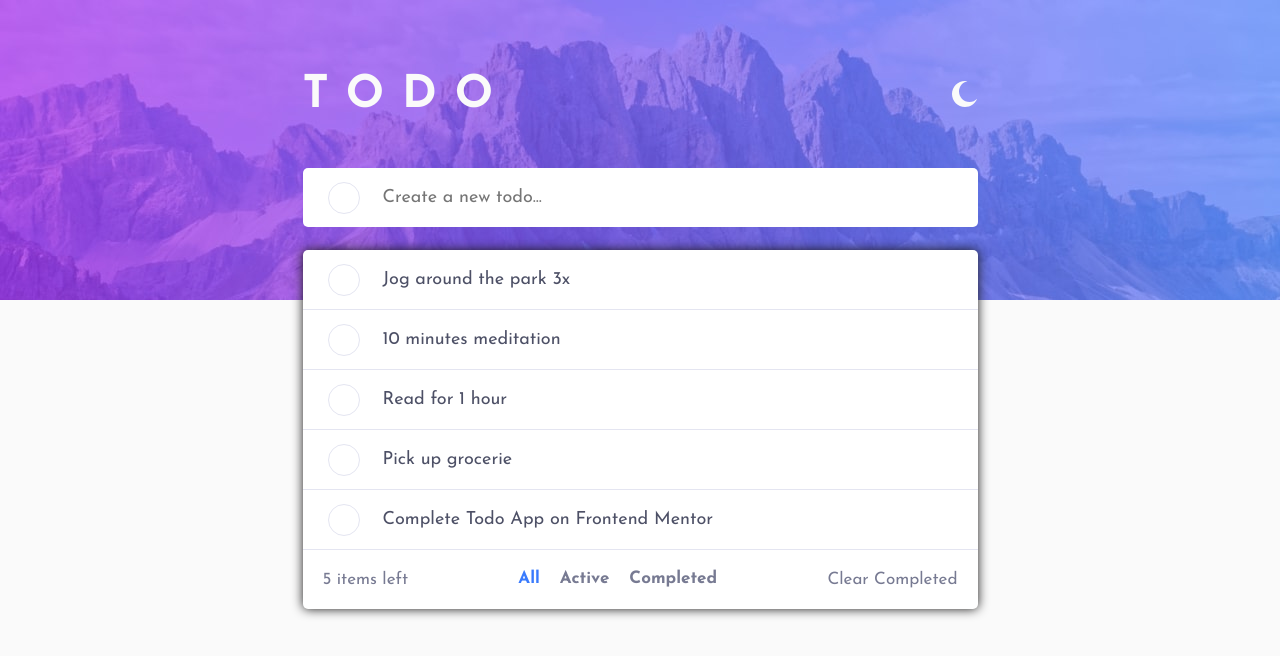
Repository: tomas938/todo-app
Page: /
These files come from the project's save history. The page is drawn as it stood at one moment and after the next save; the edit follows.
The browser window is 1280 px wide. The pictures show the whole page.
The project was rebuilt for these pictures with package versions that can differ from the ones it lists, and the page was loaded fresh each time.

Above is the page before, as saved 2021-08-18 13:44:48.

### src/main.js
import { createApp } from "vue";
import App from "./App.vue";
import router from "./router";

createApp(App)
	.use(router)
	.mount("#app");

### src/App.vue
<template>
	<router-view />
</template>

<style lang="scss">
@import "/src/scss/_variables";
:root {
	.dark {
		--bg-image: url(./assets/bg-desktop-dark.jpg);
		--items-bg-color: hsl(235, 24%, 19%);
		--body-bg: hsl(235, 21%, 11%);
		--todo-text: hsl(236, 33%, 92%);
		--todo-border: hsl(237, 14%, 26%);
	}
	.light {
		--bg-image: url(./assets/bg-desktop-light.jpg);
		--items-bg-color: hsl(0, 0%, 100%);
		--body-bg: hsl(0, 0%, 98%);
		--todo-text: hsl(233, 14%, 35%);
		--todo-border: hsl(236, 33%, 92%);
	}
}
* {
	margin: 0;
	padding: 0;
	box-sizing: border-box;
}
html {
	font-size: 62.5%;
}
body {
	font-size: 1.8rem;
	font-family: $font-primary;
	background-color: var(--body-bg);
}

li {
	list-style: none;
}
</style>

### src/router/index.js
import { createRouter, createWebHashHistory } from "vue-router";
import Home from "../views/Home.vue";

const routes = [
	{
		path: "/",
		name: "Home",
		component: Home,
	},
];

const router = createRouter({
	history: createWebHashHistory(),
	routes,
});

export default router;

### src/scss/_variables.scss
// LINK COLLORS-PRIMARY //

$primary: hsl(220, 98%, 61%);
$primary-bg: linear-gradient hsl(192, 100%, 67%) to hsl(280, 87%, 65%);

// LINK LIGHT THEME //

$light-gray: hsl(0, 0%, 98%);
$very-light-grayish-blue: hsl(236, 33%, 92%);
$light-grayish-blue: hsl(233, 11%, 84%);
$dark-grayish-blue: hsl(236, 9%, 61%);
$very-dark-grayish-blue: hsl(235, 19%, 35%);

// LINK DARK THEME //

$very-dark-blue: hsl(235, 21%, 11%);
$dark-desaturated-blue: hsl(235, 24%, 19%);
$light-grayish-blue--dark: hsl(234, 39%, 85%);
$light-grayish-blue--dark-hover: hsl(236, 33%, 92%);
$dark-grayish-blue--dark: hsl(234, 11%, 52%);
$very-dark-grayish-blue--dark: hsl(233, 14%, 35%);
$very-dark-grayish-blue--dark-2: hsl(237, 14%, 26%);

// LINK FONT //

@import url("https://fonts.googleapis.com/css2?family=Josefin+Sans:wght@400;700&display=swap");
$font-primary: "Josefin Sans", sans-serif;
$light: 400;
$bold: 700;

### src/views/Home.vue
<template>
	<Header />
	<Todos />
</template>

<script>
import Header from "../components/Header";
import Todos from "../components/Todos.vue";
export default {
	components: {
		Header,
		Todos,
	},
};
</script>
<style lang="scss"></style>

### src/components/Header.vue
<template>
	<header>
		<nav class="nav container">
			<div class="nav__title">
				<h1>todo</h1>
			</div>
			<svg
				v-if="ligth"
				@click="changeTheme"
				class="nav__theme"
				xmlns="http://www.w3.org/2000/svg"
				width="26"
				height="26"
			>
				<path
					fill="#fafafa"
					fill-rule="evenodd"
					d="M13 0c.81 0 1.603.074 2.373.216C10.593 1.199 7 5.43 7 10.5 7 16.299 11.701 21 17.5 21c2.996 0 5.7-1.255 7.613-3.268C23.22 22.572 18.51 26 13 26 5.82 26 0 20.18 0 13S5.82 0 13 0z"
				/>
			</svg>
			<svg
				v-else
				@click="changeTheme"
				xmlns="http://www.w3.org/2000/svg"
				width="26"
				height="26"
			>
				<path
					fill="#fafafa"
					fill-rule="evenodd"
					d="M13 21a1 1 0 011 1v3a1 1 0 11-2 0v-3a1 1 0 011-1zm-5.657-2.343a1 1 0 010 1.414l-2.121 2.121a1 1 0 01-1.414-1.414l2.12-2.121a1 1 0 011.415 0zm12.728 0l2.121 2.121a1 1 0 01-1.414 1.414l-2.121-2.12a1 1 0 011.414-1.415zM13 8a5 5 0 110 10 5 5 0 010-10zm12 4a1 1 0 110 2h-3a1 1 0 110-2h3zM4 12a1 1 0 110 2H1a1 1 0 110-2h3zm18.192-8.192a1 1 0 010 1.414l-2.12 2.121a1 1 0 01-1.415-1.414l2.121-2.121a1 1 0 011.414 0zm-16.97 0l2.121 2.12A1 1 0 015.93 7.344L3.808 5.222a1 1 0 011.414-1.414zM13 0a1 1 0 011 1v3a1 1 0 11-2 0V1a1 1 0 011-1z"
				/>
			</svg>
		</nav>
		<div class="new-todo">
			<input type="text" placeholder="Create a new todo..." />
		</div>
	</header>
</template>

<script>
export default {
	data() {
		return {
			ligth: true,
			body: document.body,
		};
	},
	methods: {
		changeTheme() {
			this.ligth = !this.ligth;
			if (!this.ligth) {
				this.body.classList.remove("light");
				this.body.classList.add("dark");
			} else {
				this.body.classList.remove("dark");
				this.body.classList.add("light");
			}
		},
	},
	mounted() {
		this.body.classList.add("light");
	},
};
</script>

<style lang="scss" scoped>
@import "/src/scss/_variables";

header {
	height: 30rem;
	display: flex;
	flex-direction: column;
	align-items: center;
	justify-content: center;
	gap: 5rem;
	padding: 3rem;
	background-image: var(--bg-image);
	background-repeat: no-repeat;
	background-size: cover;
}
.nav {
	max-width: 67.5rem;
	width: 100%;
	display: flex;
	justify-content: space-between;
	align-items: baseline;
	&__title h1 {
		font-size: 4.5rem;
		letter-spacing: 1.8rem;
		text-transform: uppercase;
	}

	svg {
		cursor: pointer;
	}
}
.new-todo {
	max-width: 67.5rem;
	width: 100%;
	position: relative;
	&::before {
		content: "";
		position: absolute;
		top: 50%;
		transform: translateY(-50%);
		left: 2.5rem;
		width: 3rem;
		height: 3rem;
		border-radius: 50%;
		border: 1px solid var(--todo-border);
	}
}
input {
	background-color: var(--items-bg-color);
	width: 100%;
	outline: none;
	border: none;
	padding: 2rem;
	padding-left: 8rem;
	border-radius: 0.5rem;
	font-size: 1.8rem;
	font-family: $font-primary;
	font-weight: $light;
}
h1 {
	color: $light-gray;
}
</style>

### src/components/Todos.vue
<template>
	<main>
		<ul class="todos">
			<li v-for="(todo, index) in todos" :key="index" class="todo-item">
				<span>{{ todo }}</span>
			</li>
			<div class="filters">
				<div class="items-left">
					<span>{{ todos.length }} items left</span>
				</div>
				<div class="filter">
					<span>All</span>
					<span>Active</span>
					<span>Completed</span>
				</div>
				<div class="clear">
					<span>Clear Completed</span>
				</div>
			</div>
		</ul>
	</main>
</template>

<script>
export default {
	data() {
		return {
			todos: [
				"Jog around the park 3x",
				"10 minutes meditation",
				"Read for 1 hour",
				"Pick up grocerie",
				"Complete Todo App on Frontend Mentor",
			],
		};
	},
};
</script>

<style lang="scss" scoped>
@import "/src/scss/_variables";

main {
	padding: 0 3rem;
	display: flex;
	justify-content: center;
	transform: translateY(-5rem);
}
.todos {
	max-width: 67.5rem;
	width: 100%;
	border-radius: 0.5rem;
	background-color: var(--items-bg-color);
	box-shadow: 0px 0px 11px 0px #1a1919;
}
.todo-item {
	position: relative;
	width: 100%;
	padding: 2rem;
	padding-left: 8rem;
	font-family: $font-primary;
	font-weight: $light;
	color: var(--todo-text);
	border-bottom: 1px solid var(--todo-border);

	// FIXME maybe group styling //
	&::before {
		cursor: pointer;
		content: "";
		position: absolute;
		top: 50%;
		transform: translateY(-50%);
		left: 2.5rem;
		width: 3rem;
		height: 3rem;
		border-radius: 50%;
		border: 1px solid var(--todo-border);
	}
	&::after {
		opacity: 0;
		cursor: pointer;
		content: "";
		position: absolute;
		right: 2.5rem;
		width: 2.6rem;
		height: 2.6rem;
		background-image: url(../assets/icon-cross.svg);
		background-repeat: no-repeat;
	}
	&:hover:after {
		transition: opacity 0.5s ease-in-out;
		opacity: 1;
	}
}
.filters {
	display: flex;
	justify-content: space-between;
	padding: 2rem;
	.filter {
		display: flex;
		gap: 2rem;
		span {
			font-weight: $bold;
			&:first-child {
				color: $primary;
			}
		}
	}
	.items-left {
		span {
			cursor: auto;
		}
	}
	span {
		color: $dark-grayish-blue--dark;
		cursor: pointer;
		font-size: 1.7rem;
	}
}
</style>

Loaded but not shown: public/index.html (common file)

After the next save:
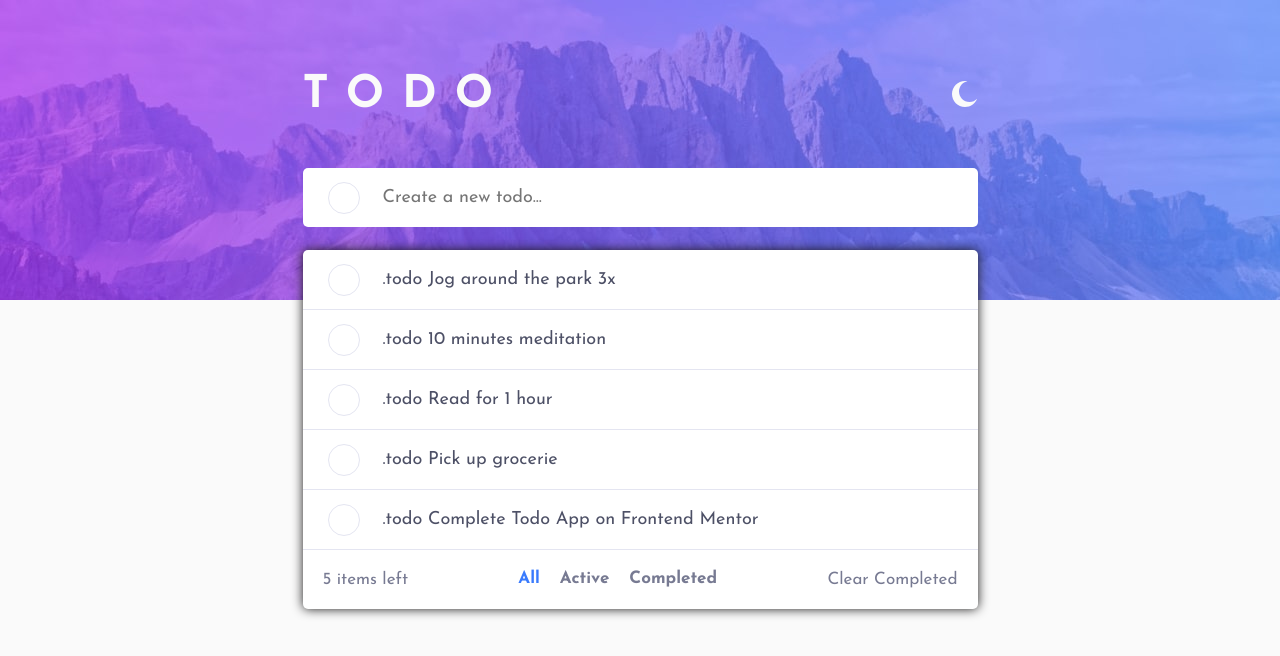
Saved 2 min 35 s later.
--- a/src/components/Todos.vue
+++ b/src/components/Todos.vue
@@ -2,6 +2,7 @@
 	<main>
 		<ul class="todos">
 			<li v-for="(todo, index) in todos" :key="index" class="todo-item">
+				.todo
 				<span>{{ todo }}</span>
 			</li>
 			<div class="filters">

After the save that followed:
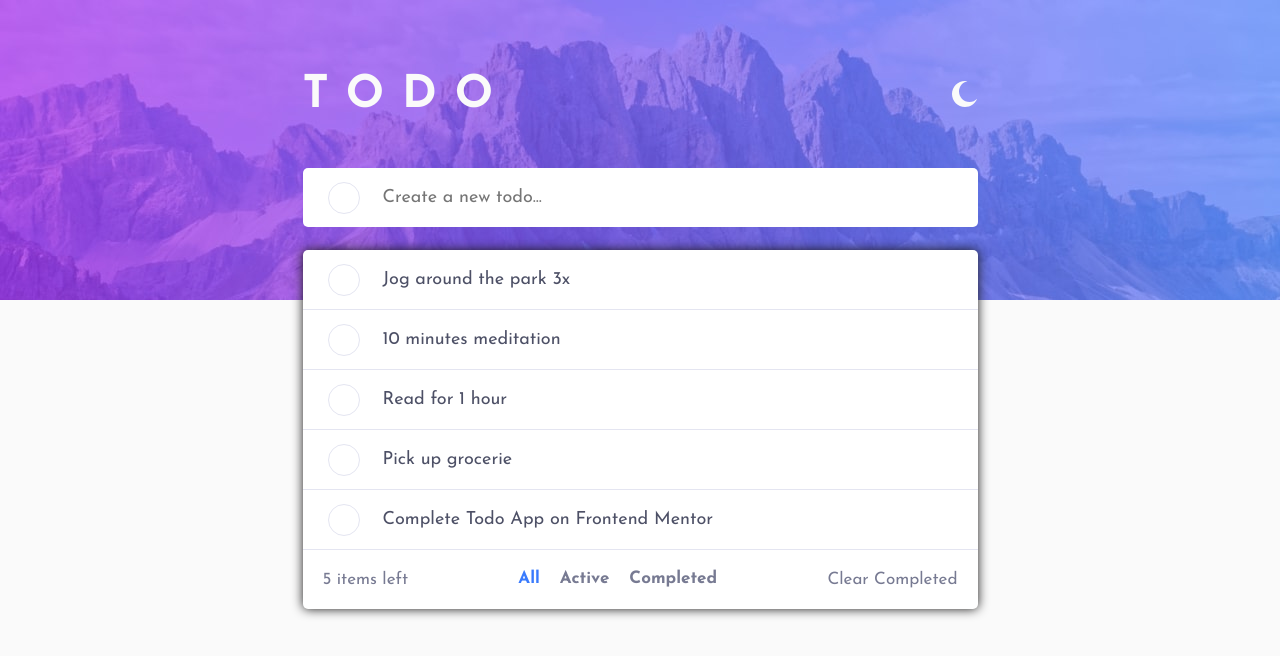
Saved 13 s later.
--- a/src/components/Todos.vue
+++ b/src/components/Todos.vue
@@ -2,7 +2,7 @@
 	<main>
 		<ul class="todos">
 			<li v-for="(todo, index) in todos" :key="index" class="todo-item">
-				.todo
+				<div class="todo-status"></div>
 				<span>{{ todo }}</span>
 			</li>
 			<div class="filters">
